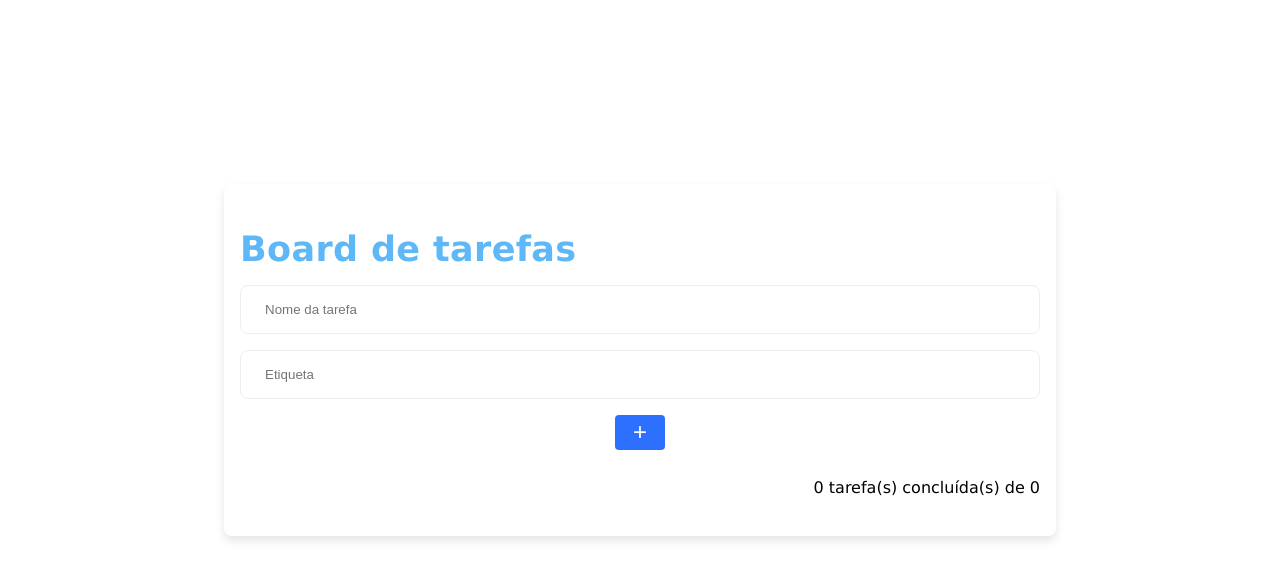
Repository: elasoares/RID187500_Desafio3
Page: index.html
These files come from the project's save history. The page is drawn as it stood at one moment and after the next save; the edit follows.
The browser window is 1280 px wide. The pictures show the whole page.

Above is the page before, as saved 2024-12-03 19:26:08.

### index.html
<!DOCTYPE html>
<html lang="pt">
<head>
    <meta charset="UTF-8">
    <meta name="viewport" content="width=device-width, initial-scale=1.0">
    <title>To-Do</title>
    <link rel="stylesheet" href="style.css">
<body>
    <main>
        <header>
            <h1>Board de tarefas</h1>
        </header>
        <section id="create-todo-section">
            <form id="create-todo-form">
                <input
                type="text"
                id="descricao"
                name="descricao"
                placeholder="Nome da tarefa"
                aria-label="Nome da tarefa"
                class="input-nome-tarefa"
            />
            <input
                type="text"
                id="etiqueta"
                name="etiqueta"
                placeholder="Etiqueta"
                aria-label="Etiqueta"
                class="input-etiqueta"
            />
            <div class="container-btn">
                <button type="submit" aria-label="Cadastrar tarefa" class="add-tarefa-btn">+</button>
            </div>
            </form>
        </section>
        <section class="todo-list-section">
            <ul id="todo-list">
            </ul>
        </section>
        <footer id="todo-footer">

        </footer>
    </main>
    <script src="js.js"></script>
</body>
</html>

### style.css
html {
    width: 100%;
    height: auto;

    box-sizing: border-box;
    font-size: 10px;
    font-family: 'Lucida Sans Regular', 'Lucida Grande', 'Lucida Sans Unicode';
}

body {
    width: 100%;
    height: 100vh;
    margin: 0;
    padding: 0;
    display: flex;
    justify-content: center;
    align-items: center;
}

header{
    width: 100%;
}

    h1 {
    font-family: 'Lucida Sans Regular', 'Lucida Grande', 'Lucida Sans Unicode';
    font-size: 32px;
    font-weight: 600;
    line-height: 37.92px;
    letter-spacing: 0.01em;
    text-align: left;
    text-underline-position: from-font;
    text-decoration-skip-ink: none;
    color: #000;
}

main {
    width: 100%;
    height: auto;
    max-width: 42rem;
    background-color: #fff;
    border-radius: 0.8rem;
    padding: 3rem 2.4rem;
    box-shadow: 0 0.5rem 1rem rgba(0, 0, 0, 0.1);
    display: flex;
    justify-content: flex-start;
    align-items: center;
    flex-direction: column;

}


.todo-list-section {
    display: flex;
    flex-direction: column;
    align-items: center;
    justify-content: center;
    width: 100%;
    height: auto;
    gap: 8px;
}

.todo-list-section ul {
    padding-inline-start: 0;
    height: 20rem;
    overflow: auto;
    width: 100%;
    display: flex;
    flex-direction: column;
    align-items: center;
    justify-content: center;
    height: auto;
    gap: 8px;
}

.todo-list-section ul li {
    width: 80%;
    height: 120px;
    padding: 24px 32px 24px 32px;
    margin-top: 5px;
    border-radius: 16px;
    border: 1px solid #EEEEEE;
    list-style: none;
    display: flex;
    flex-direction: column;
    align-items: flex-start;
    justify-content: center;
    gap: 16px;
}

.todo-list-section ul li:last-child {
    margin-bottom: 0;
}



.complete-task-btn {
    background: #2D70FD;
    width: 121px;
    height:44px;
    padding: 12px 24px 12px 24px;
    gap: 8px;
    border-radius: 4px;
    border: 1px solid #2D70FD;
    color: #fff;
    font-family: 'Lucida Sans Regular', 'Lucida Grande', 'Lucida Sans Unicode';
    font-size: 18px;
    font-weight: 500;
    text-align: center;
    align-self: center;
}




#create-todo-section {
    width: 100%;
    height: 150px;
    display: flex;
    flex-direction: column;
    align-items: flex-start;
    justify-content: center;
}

#create-todo-form {
    font-size: 1.6rem;
    display: flex;
    flex-direction: column;
    width: 100%;
    gap: 16px;
}
input{
    width: Fill (311px)px;
    height: Fixed (50px)px;
    padding: 16px 24px 16px 24px;
    gap: 10px;
    border-radius: 8px;
    border: 1px solid #EEEEEE

}

input:focus {
    border: 1px solid #5eb7f6;
}



.container-btn{
    display: flex;
    align-items: center;
    justify-content: center;
    width: 100%;
}

.add-tarefa-btn {
    width: 100%;
    height: 4rem;
    color: #fff;
    background-color: #2D70FD;
    border-radius: 4px;
    font-size: 2.4rem;
    cursor: pointer;
    border: none;
}

.add-tarefa-btn:hover {
    opacity: 0.8;
}


.task-details{
    display: flex;
    align-items: flex-start;
    justify-content: center;
    flex-direction: column;
    gap: 5px;
}

.task-text{
    font-family: 'Lucida Sans Regular', 'Lucida Grande', 'Lucida Sans Unicode';
    font-size: 16px;
    font-weight: 500;
    line-height: 17.6px;
    letter-spacing: 0.01em;
    text-underline-position: from-font;
    text-decoration-skip-ink: none;

}

.todo-item.completed .task-text {
    text-decoration: line-through;
    color: #bbbbbb;
    font-family: 'Lucida Sans Regular', 'Lucida Grande', 'Lucida Sans Unicode';
    font-size: 16px;
    font-weight: 500;
    line-height: 17.6px;
    letter-spacing: 0.01em;
    text-decoration-line: line-through;
    text-underline-position: from-font;
    text-decoration-skip-ink: none;

}

.todo-item.completed .task-completed-icon {
    font-size: 1.6rem;
    color: #fff;
    align-self: center;
    width: 32px;
    height: 32px;
    border-radius: 32px;
    background: #00D8A7;
    display: flex;
    align-items: center;
    justify-content: center;
}

.task-label {
    width: 67px;
    height: 21px;
    border-radius: 16px;
    border: 1px 0px 0px 0px;
    background: #FFFFFF;
    border: 1px solid #b2bec3;
    display: flex;
    align-items: center;
    justify-content: center;
    color: #b2bec3;
}

.task-date {
    font-size: 1rem;
    color: #b2bec3;
    margin-top: 0.4rem;
}


footer {
    width: 100%;
    display: flex;
    /* flex-direction: row-reverse; */
    justify-content: flex-end;
    font-size: 1.6rem;
    align-items: center;
    height: 50px;
}

@media (min-width: 768px) {
    main {
        max-width: 50rem;
        padding: 2.4rem 1.6rem;
    }

    h1 {
        color: #da5c3e;
    }

    .todo-list-section ul li {
        font-size: 1.5rem;
    }

    .add-tarefa-btn {
        width: 5rem;
        height: 3.5rem;
    }

    #nome-tarefa {
        font-size: 1.5rem;
    }
    .remove-done-task-btn {
        font-size: 1.5rem;
        padding: 0 1rem;
    }
}

@media (min-width: 980px) {
    main {
        max-width: 80rem;
        padding: 2.4rem 1.6rem;
    }
    h1 {
        font-size: 3.5rem;
        color: #5eb7f6;
    }

    .remove-done-task-btn {
        font-size: 1.8rem;
        padding: 0 1rem;
    }
}

### js.js
const createTaskListItem = (tarefa) => {
    const lista = document.getElementById("todo-list");

    const toDo = document.createElement('li');
    toDo.className = `todo-item ${tarefa.checado ? 'completed' : ''}`;
    toDo.id = tarefa.id;

    // Criar o conteúdo da tarefa
    const taskDetails = document.createElement('span');
    taskDetails.className = 'task-details';
    taskDetails.innerHTML = `
        <span class="task-text ${tarefa.checado ? 'completed-text' : ''}">${tarefa.descricao}</span>
        <span class="task-label">${tarefa.etiqueta}</span>
        <span class="task-date">Criado em: ${tarefa.data}</span>

    `;


    if (!tarefa.checado) {
        const completeButton = document.createElement('button');
        completeButton.textContent = 'Concluir';
        completeButton.className = 'complete-task-btn';
        completeButton.onclick = () => markTaskAsCompleted(tarefa.id);

        toDo.appendChild(taskDetails);
        toDo.appendChild(completeButton);
    } else {
        const completedIcon = document.createElement('span');
        completedIcon.textContent = '✔';
        completedIcon.className = 'task-completed-icon';

        toDo.appendChild(taskDetails);
        toDo.appendChild(completedIcon);
    }

    lista.appendChild(toDo);
};

const markTaskAsCompleted = (taskId) => {
    const tarefas = getTasksFromLocalStorage();
    const updatedTasks = tarefas.map((task) => {
        if (task.id === taskId) {
            task.checado = true;
        }
        return task;
    });

    setTaskInLocalStorage(updatedTasks);


    const taskElement = document.getElementById(taskId);
    if (taskElement) {
        taskElement.remove();
    }
    const tarefa = updatedTasks.find((task) => task.id === taskId);
    createTaskListItem(tarefa);

    renderTaskProgressData(updatedTasks);
};

const getTasksFromLocalStorage = () => {
    const localTasks = JSON.parse(window.localStorage.getItem('tasks'));
    return localTasks ? localTasks : [];
};

const setTaskInLocalStorage = (tarefas) => {
    window.localStorage.setItem('tasks', JSON.stringify(tarefas));
};

const renderTaskProgressData = (tasks) => {
    const tasksProgress = document.getElementById('tasks-progress') || document.createElement('span');
    tasksProgress.id = 'tasks-progress';

    const doneTasks = tasks.filter(({ checado }) => checado).length;
    const totalTasks = tasks.length;

    tasksProgress.textContent = `${doneTasks} tarefa(s) concluída(s) de ${totalTasks}`;
    document.getElementById('todo-footer').appendChild(tasksProgress);
};

const createTask = (event) => {
    event.preventDefault();

    const descricao = event.target.elements.descricao.value;
    const etiqueta = event.target.elements.etiqueta.value;
    const id = new Date().getTime();
    const data = new Date().toLocaleDateString();
    const checado = false;

    const newTask = { id, descricao, etiqueta, data, checado };

    const tarefas = getTasksFromLocalStorage();
    const updatedTasks = [...tarefas, newTask];
    setTaskInLocalStorage(updatedTasks);

    createTaskListItem(newTask);
    event.target.reset(); // Limpar o formulário
    renderTaskProgressData(updatedTasks);
};

window.onload = () => {
    const form = document.getElementById('create-todo-form');
    form.addEventListener('submit', createTask);

    const tarefas = getTasksFromLocalStorage();
    tarefas.forEach((tarefa) => createTaskListItem(tarefa));
    renderTaskProgressData(tarefas);
};

After the next save:
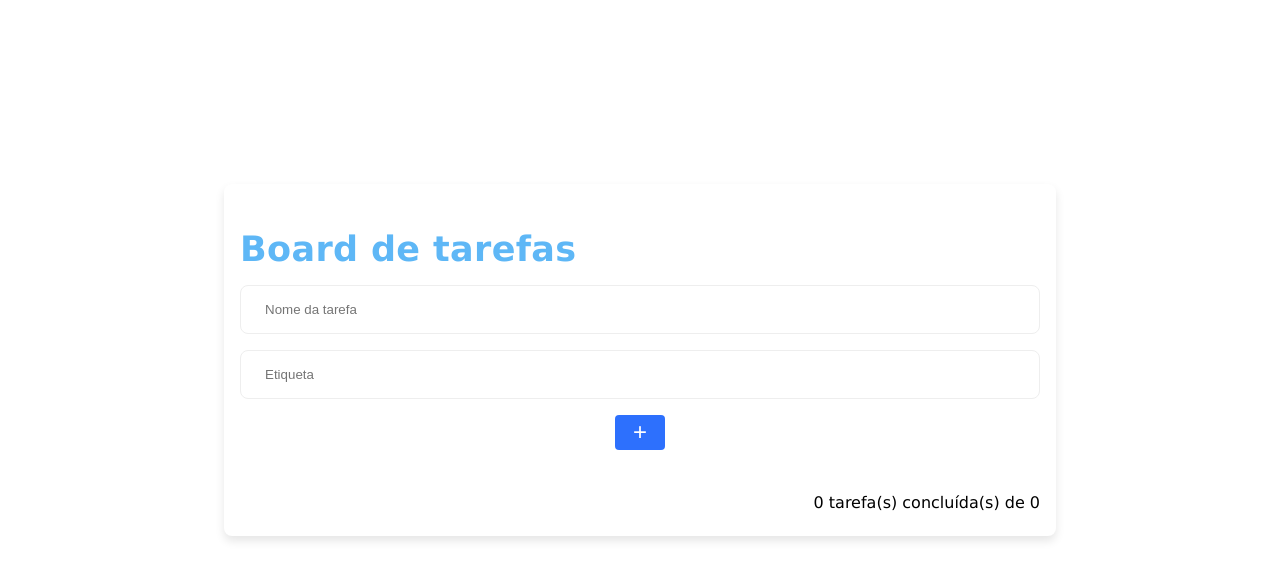
Saved 4 s later.
--- a/style.css
+++ b/style.css
@@ -239,7 +239,7 @@ footer {
     /* flex-direction: row-reverse; */
     justify-content: flex-end;
     font-size: 1.6rem;
-    align-items: center;
+    align-items: flex-end;
     height: 50px;
 }
 
